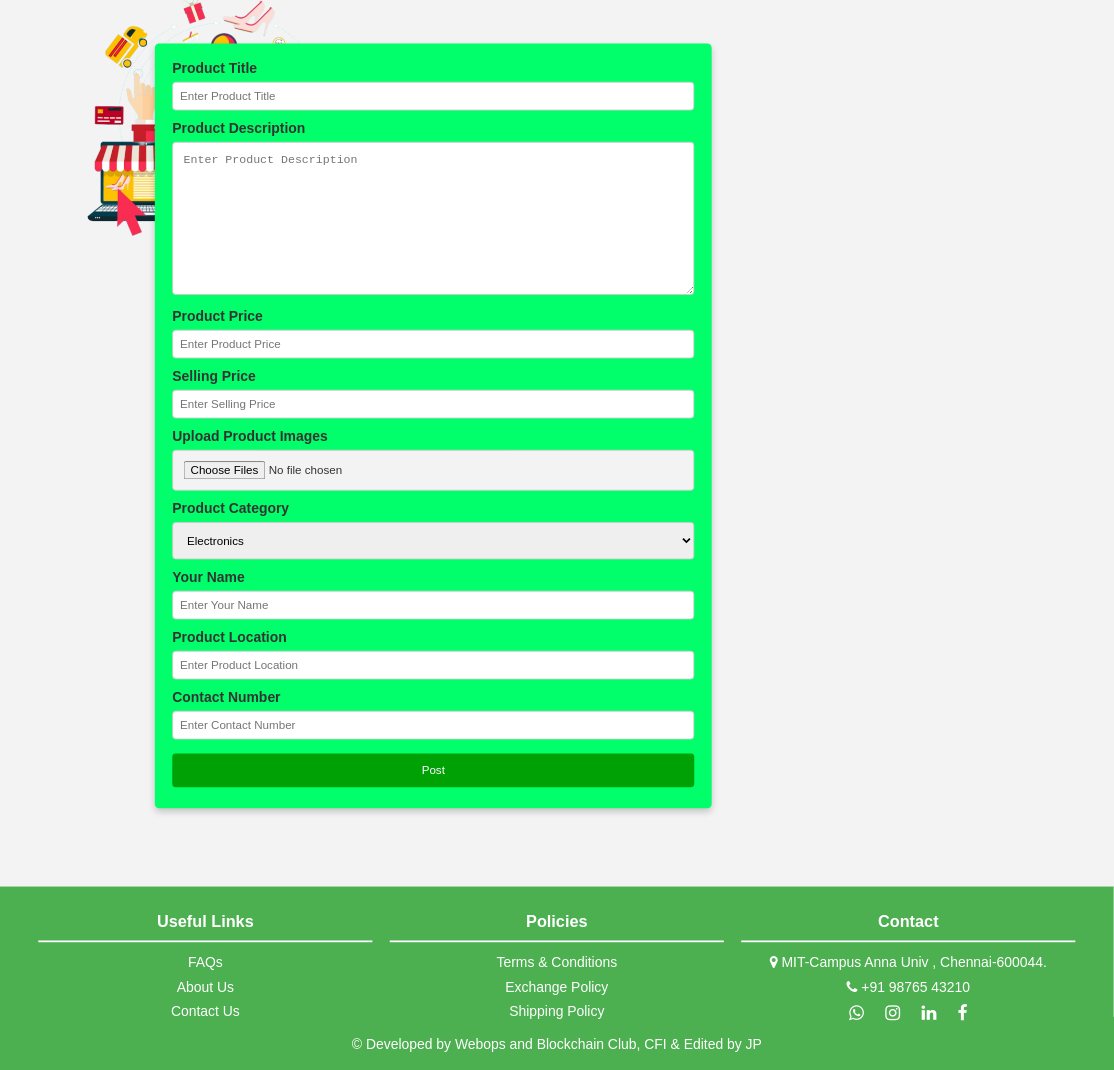
Repository: John-Prabu-A/web-dev-summer-school
Page: Session_1_Assignment/sell.html
These files come from the project's save history. The page is drawn as it stood at one moment and after the next save; the edit follows.
The browser window is 1280 px wide. The pictures show the whole page, at 87% of full size.

Above is the page before, as saved 2024-06-20 15:41:08.

After the next save:
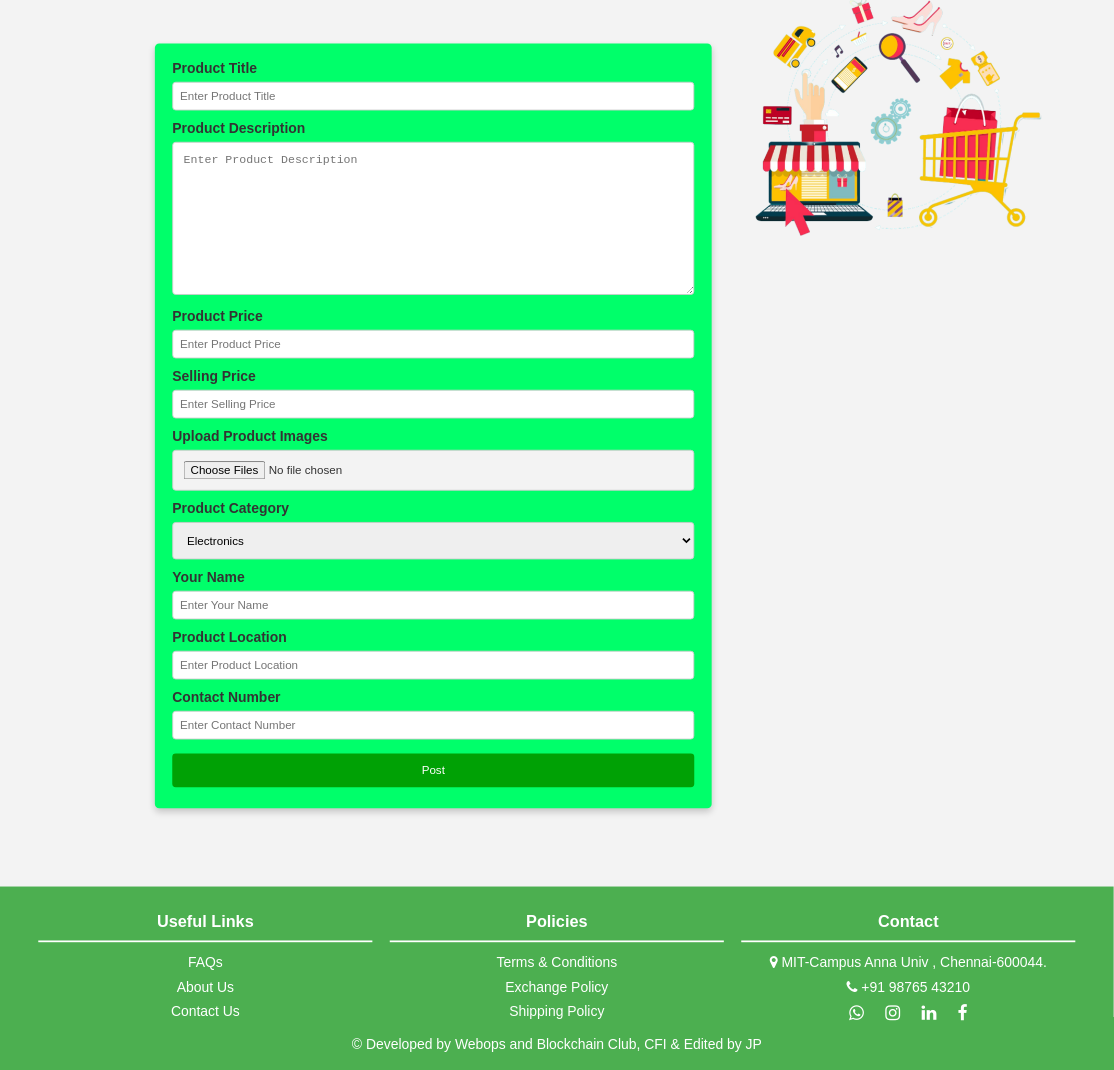
Saved 9 s later.
--- a/Session_1_Assignment/sell.html
+++ b/Session_1_Assignment/sell.html
@@ -17,7 +17,7 @@
         img {
             display:inline;
             position: fixed;
-            left: 0;
+            right: 0;
             padding: 16px;
             bottom: 30dvw;
             width: 40%;
